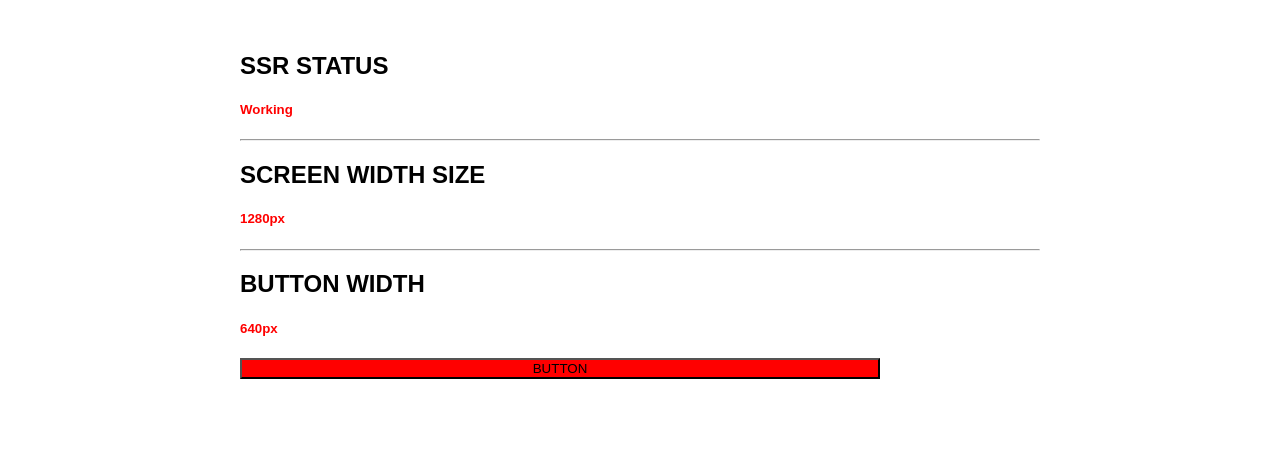
Repository: adrihle/screen-detector-nextpwa
Page: /
An editor plug-in stored every save of this project. The page is shown before and after the next save, followed by the edit.
The browser window is 1280 px wide. The pictures show the whole page.
The project was rebuilt for these pictures with package versions that can differ from the ones it lists, and the page was loaded fresh each time. The framework's server and built-in components were replaced by stand-ins that run in the browser. Imported but missing from the stored project, and not drawn on this page: pages/_document.

Above is the page before, as saved 2020-12-28 14:45:23.

After the next save:
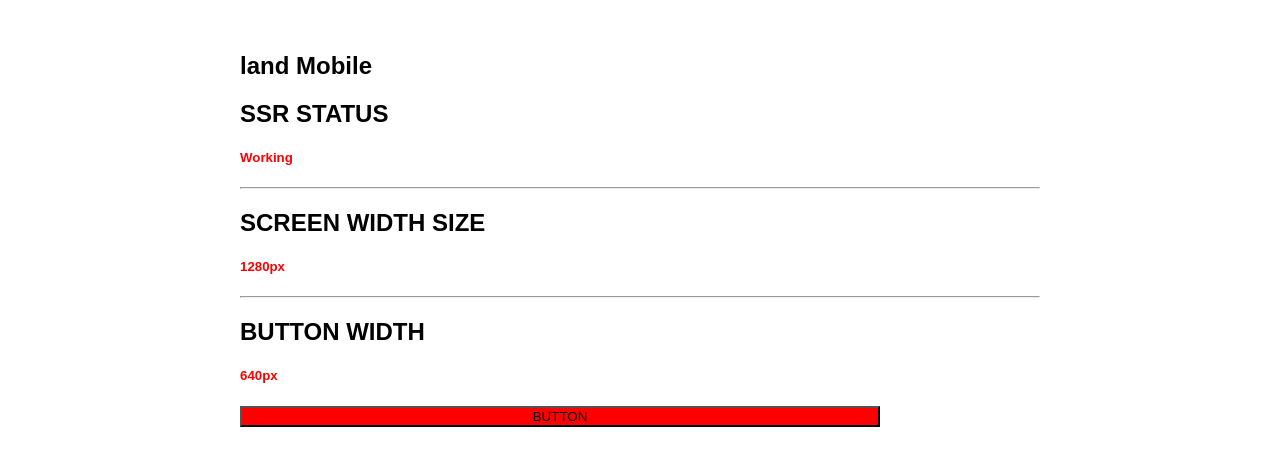
Saved 11 s later.
--- a/components/layouts/ScreenSizeLayout.tsx
+++ b/components/layouts/ScreenSizeLayout.tsx
@@ -26,6 +26,7 @@ const ScreenSizeLayout = ({ children }) => {
 
     return (
         <>
+            <h2>{screen}</h2>
             {childrenWithProps}
         </>
     )

After the save that followed:
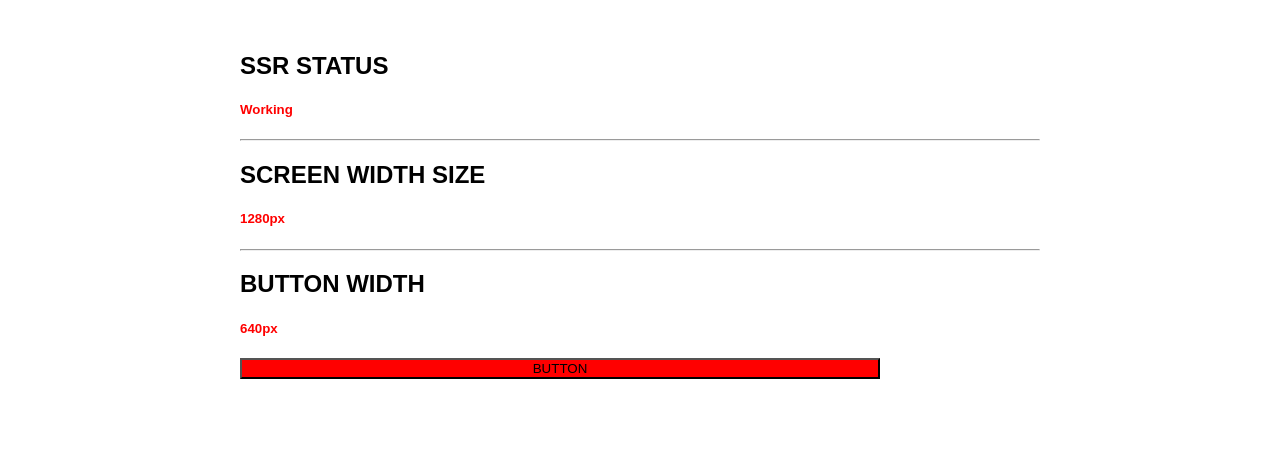
Saved 2 min 7 s later.
--- a/components/layouts/ScreenSizeLayout.tsx
+++ b/components/layouts/ScreenSizeLayout.tsx
@@ -8,8 +8,10 @@ const ScreenSizeLayout = ({ children }) => {
     const handleSize = () => {
         setSize(window.innerWidth)
 
-        if (window.innerWidth < 420) { setScreen('Mobile')}
-        else {setScreen('land Mobile')}
+        switch (size) {
+            case (size < 420): setScreen('Mobile')
+            case (size > 420 && size < 820): setScreen('Land Mobile')
+        }
     }
 
     useEffect(() => {
